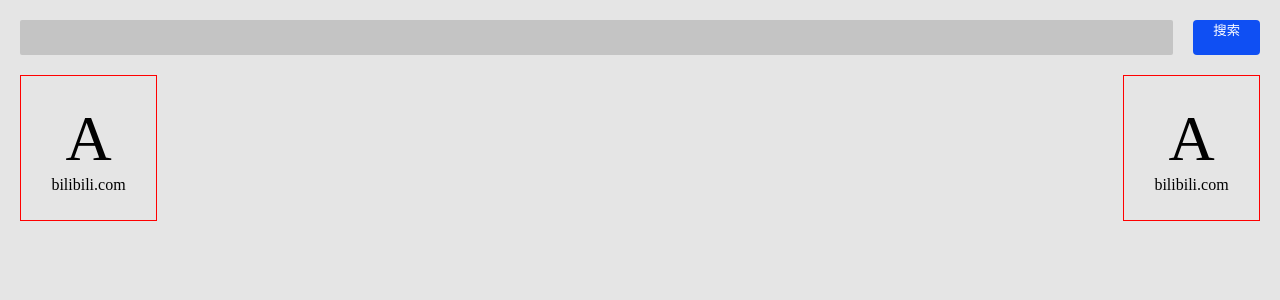
Repository: chenguocan/-
Page: src/index.html
An editor plug-in stored every save of this project. The page is shown before and after the next save, followed by the edit.
The browser window is 1280 px wide. The pictures show the whole page.

Above is the page before, as saved 2020-08-11 19:06:46.

### src/index.html
<!DOCTYPE html>
<html lang="en">

<head>
    <meta charset="UTF-8">
    <meta name="viewport"
        content="width=device-width,initial-scale=1,minimum-scale=1,maximum-scale=1,user-scalable=no,viewport-fit=cover">
    <meta http-equiv="X-UA-Compatible" content="ie=edge">
    <title>前端导航</title>
    <link rel="stylesheet" href="./style.css">
</head>

<body>
    <header class="globalHeader">
        <input type="text" />
        <button class="searchButton">搜索</button>
    </header>
    <main class="globalMain">
        <ul class="siteList">
            <li>
                <div class="siteBox">
                    <div class="logo">A</div>
                    <div class="site">bilibili.com</div>
                </div>
            </li>
            <li>
                <div class="siteBox">
                    <div class="logo">A</div>
                    <div class="site">bilibili.com</div>
                </div>
            </li>
        </ul>
    </main>
    <script src="./main.js"></script>
</body>

</html>

### src/style.css
*{
    margin: 0;
    padding: 0;
    box-sizing: border-box;
}
*::before{
    margin: 0;
    padding: 0;
    box-sizing: border-box;
}
*::after{
    margin:0;
    padding: 0;
    box-sizing: border-box;
}
body{
    background:#E5E5E5;
}
ul>li{
    list-style: none;
}
.globalHeader{
    margin:20px;
    display: flex;
    flex-direction: row;
    flex-wrap: nowrap;
    justify-content: space-between;
}
.globalHeader > input{
    width: 100%;
    border: none;
    height: 35px;
    border-radius: 2px;
    background: #C4C4C4;
    padding-left: 10px;
}
.globalHeader > .searchButton{
    display: flex;
    white-space: nowrap;
    border: none;
    color:white;
    margin-left: 20px;
    background:#0F4FF3;
    border-radius:4px;
    padding:0 20px;
}
.siteList{
    display: flex;
    flex-direction: row;
    justify-content: space-between;
    margin:0 20px;
}
.siteList .siteBox{
    display: flex;
    flex-direction: column;
    justify-content: center;
    align-items: center;
    flex-wrap: wrap;
    height: 146px;
    width: 137px;
    border: 1px solid red;
}
.siteList .siteBox>.logo{
    font-size: 64px;
}
.siteList .siteBox>.site{
    font-size:16px;
}

Loaded but not shown: src/main.js (no copy from this time; the picture is the same without it)

After the next save:
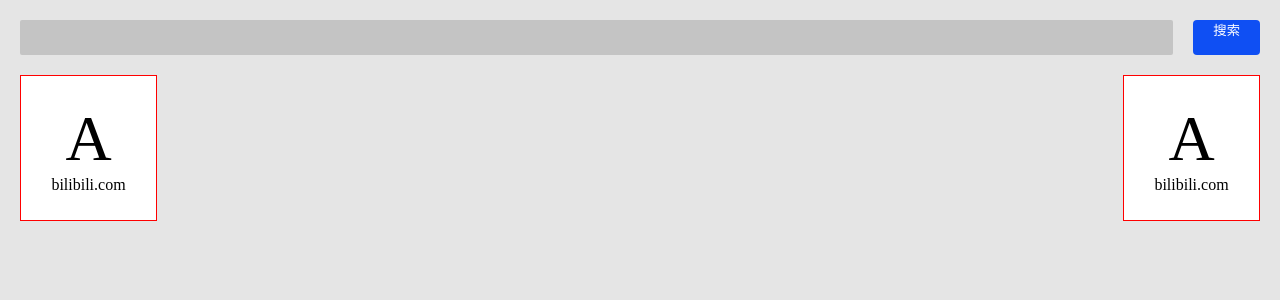
Saved 28 s later.
--- a/src/style.css
+++ b/src/style.css
@@ -59,6 +59,7 @@
     height: 146px;
     width: 137px;
     border: 1px solid red;
+    background:#FFFFFF;
 }
 .siteList .siteBox>.logo{
     font-size: 64px;
